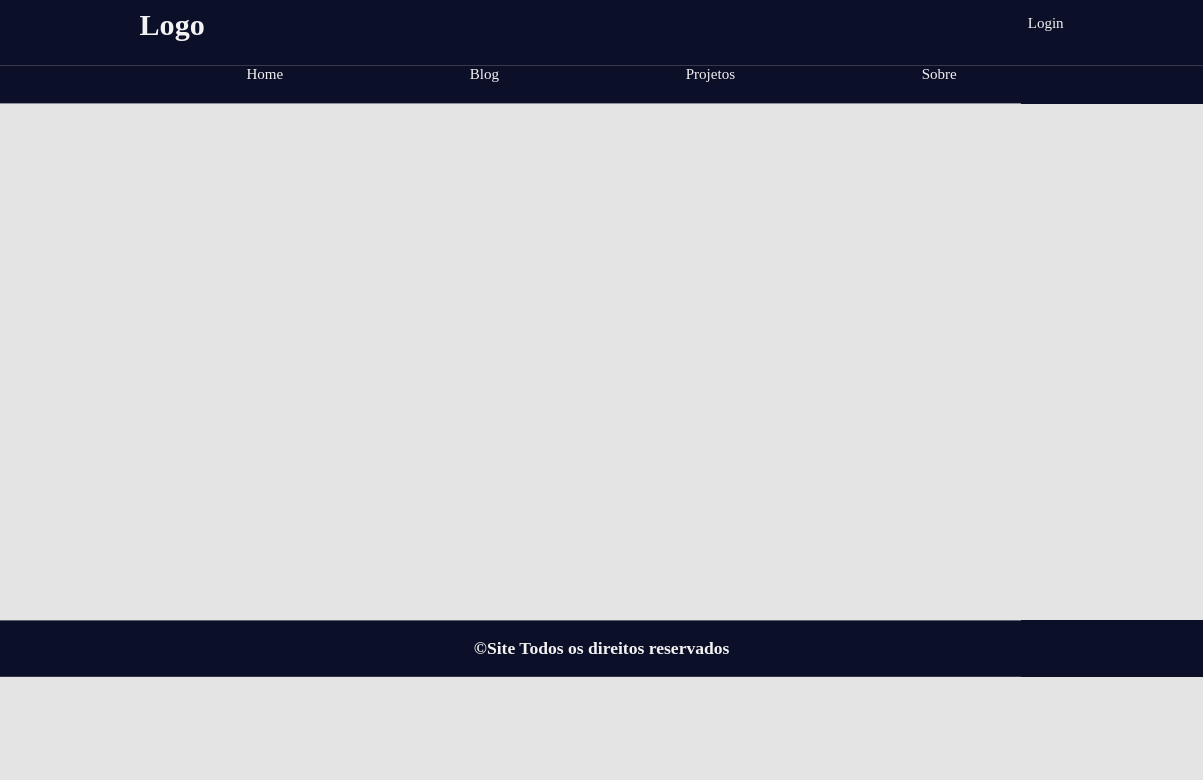
Repository: SauloMorais01/mysitefront-end
Page: src/pages/blog.html
These files come from the project's save history. The page is drawn as it stood at one moment and after the next save; the edit follows.
The browser window is 1280 px wide. The pictures show the whole page, at 94% of full size.
Some web libraries are served in a nearby version.

Above is the page before, as saved 2024-11-03 11:59:25.

After the next save:
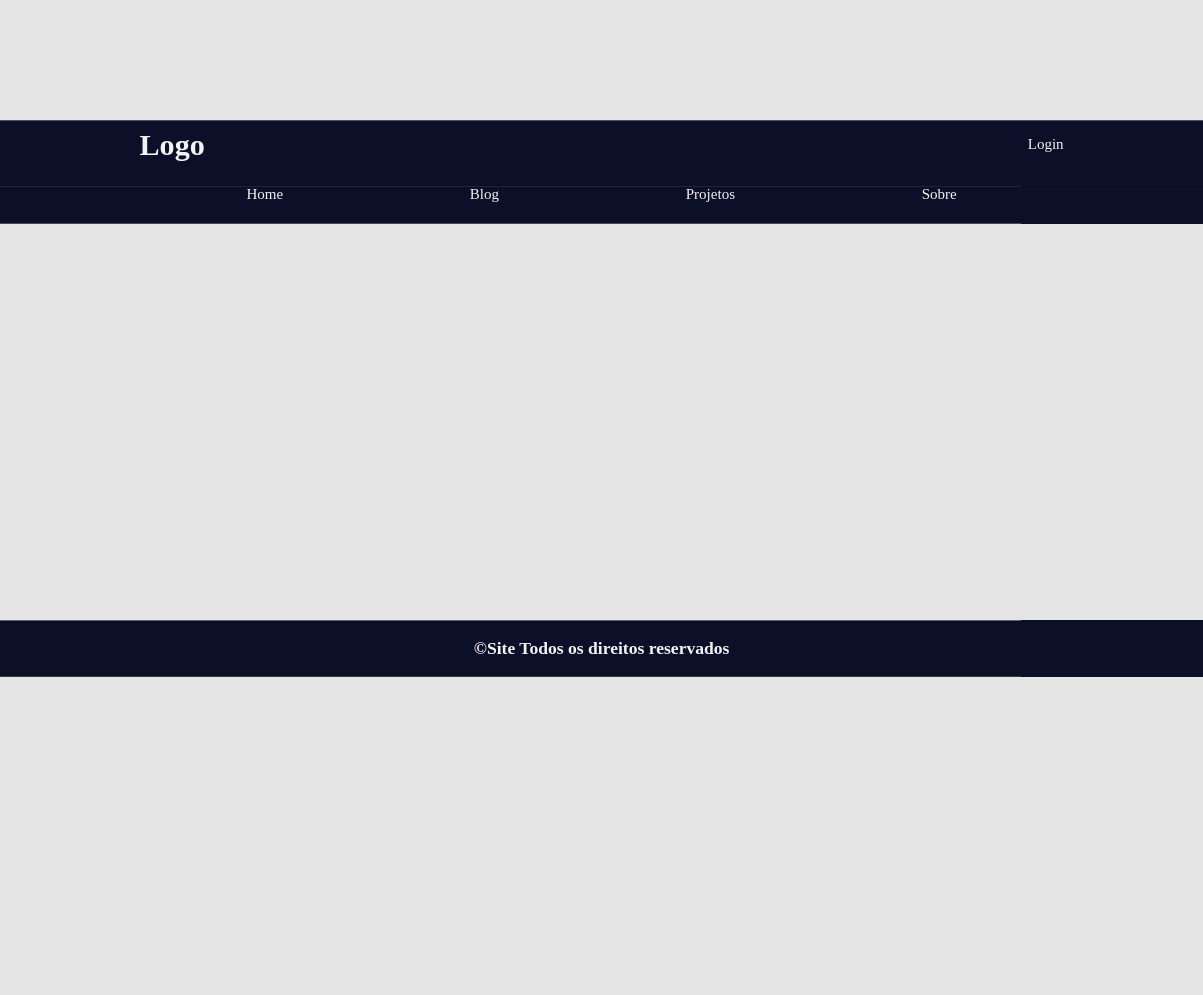
Saved 37 s later.
--- a/src/pages/blog.html
+++ b/src/pages/blog.html
@@ -9,6 +9,8 @@
     <script src="https://kit.fontawesome.com/0869671a59.js" crossorigin="anonymous"></script>
 </head>
 <body>
+    <div class="divisor" style="padding: 5%;"></div>
+
     <header class="primary-color hd-color-white">
         <div class="container">
             <div class="top-box flex">
@@ -60,6 +62,9 @@
         <h3 class="hd-color-white">&copy;<strong>Site</strong> Todos os direitos reservados</h3>
     </footer>
 
+    <div class="divisor" style="padding: 50px;"></div>
+
+
 
     <script src="../js/main.js"></script>
 
